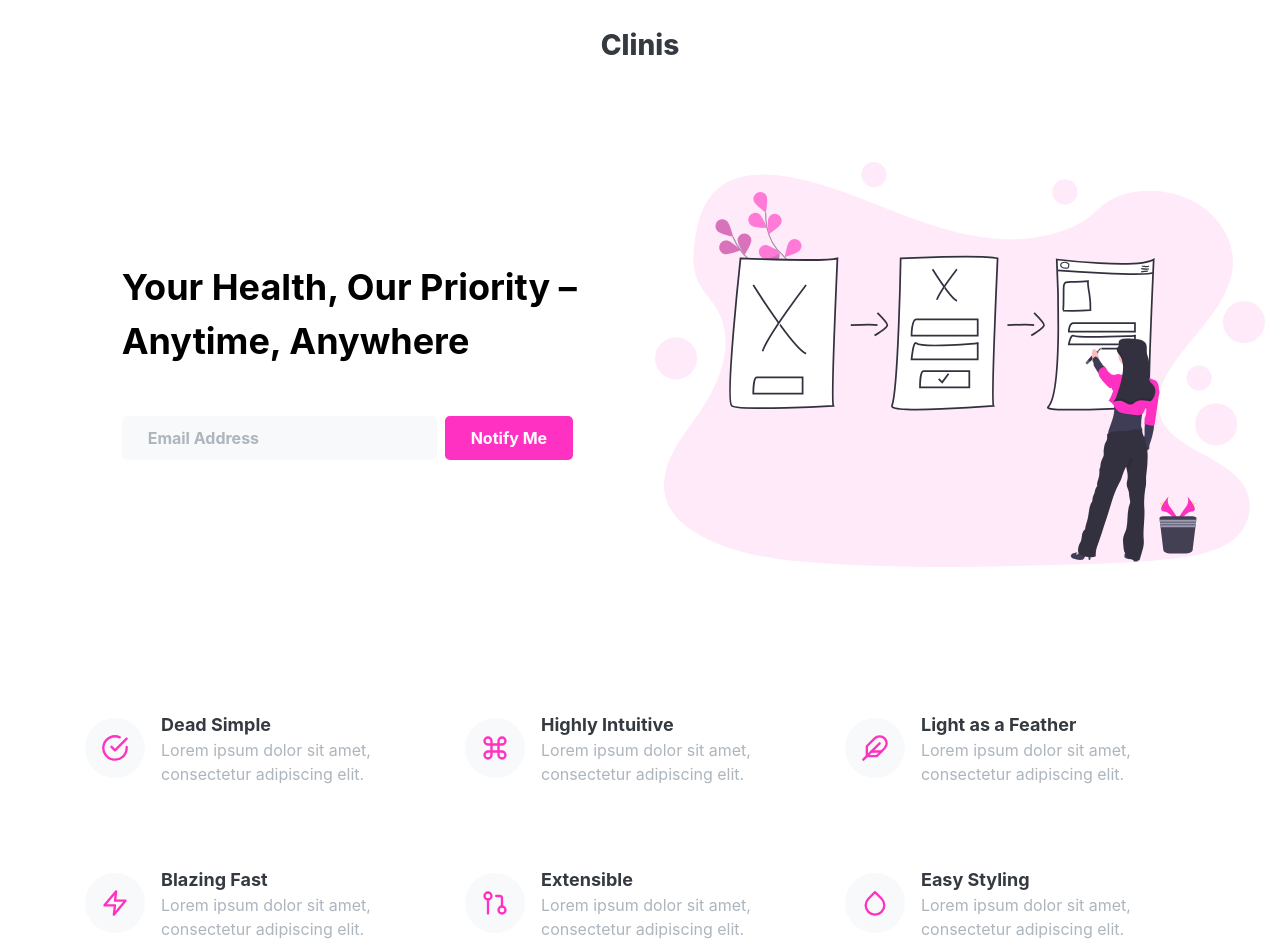
Repository: Rupak09/demo1
Page: index.html
The author's editor kept a copy of each file at every save. The page is drawn from the files as they stood at one save, then again after the next save.
The browser window is 1280 px wide. The pictures show the part of the page from y = 0 to 952 px (the page is 2819 px tall).
A picture or video elsewhere on the page could not be fetched, so the positions and the page height are approximate. Some web fonts or font styles are not loaded; a fallback is used. Some web libraries are served in a nearby version.

Above is the page before, as saved 2024-12-28 11:57:48.

### index.html
<!doctype html>
<html lang="en">
<head>
    <!-- Required meta tags -->
    <meta charset="utf-8">
    <meta name="viewport" content="width=device-width, initial-scale=1, shrink-to-fit=no">
    <title>Clinis</title>
    <meta name="description" content="Clinis - Most recommeneded Telemedicine App."/>

    <!--Google font-->
    <link href="https://fonts.googleapis.com/css?family=K2D:300,400,500,700,800" rel="stylesheet">

    <!-- Bootstrap CSS / Color Scheme -->
    <link rel="stylesheet" href="css/bootstrap.css">
</head>
<body>

<!--Header Section-->
<section class="pt-4 pb-5">
    <div class="container-fluid">
        <div class="row">
            <div class="col-12 text-center">
                <div class="heading-brand">Clinis</div>
            </div>
        </div>
        <div class="row mt-6">
            <div class="col-md-5 ml-md-auto my-md-auto order-2 order-md-1">
                <h1>Your Health, Our Priority – Anytime, Anywhere</h1>
                <p class="lead mb-5">

                </p>
                <form class="form-inline">
                    <div class="form-group mr-2 mb-2">
                        <label for="email" class="sr-only">Password</label>
                        <input type="email" class="form-control" id="email" placeholder="Email Address">
                    </div>
                    <button type="submit" class="btn btn-primary mb-2">Notify Me</button>
                </form>
            </div>
            <div class="col-md-6 my-md-auto pb-5 pb-md-0 order-1 order-md-2">
                <img alt="Mockup" class="img-fluid d-block mx-auto" src="img/mockup.svg"/>
            </div>
        </div>
    </div>
</section>

<!--Features Section-->
<section class="py-5">
    <div class="container">
        <div class="row feature-grid">
            <div class="col-md-4 col-sm-6">
                <div class="media">
                    <div class="icon-box">
                        <div class="icon-box-inner">
                            <span data-feather="check-circle" width="28" height="28"></span>
                        </div>
                    </div>
                    <div class="media-body">
                        <div class="title">Dead Simple</div>
                        <div class="sub-title">Lorem ipsum dolor sit amet, consectetur adipiscing elit.</div>
                    </div>
                </div>
            </div>
            <div class="col-md-4 col-sm-6">
                <div class="media">
                    <div class="icon-box">
                        <div class="icon-box-inner">
                            <span data-feather="command" width="28" height="28"></span>
                        </div>
                    </div>
                    <div class="media-body">
                        <div class="title">Highly Intuitive</div>
                        <div class="sub-title">Lorem ipsum dolor sit amet, consectetur adipiscing elit.</div>
                    </div>
                </div>
            </div>
            <div class="col-md-4 col-sm-6">
                <div class="media">
                    <div class="icon-box">
                        <div class="icon-box-inner">
                            <span data-feather="feather" width="28" height="28"></span>
                        </div>
                    </div>
                    <div class="media-body">
                        <div class="title">Light as a Feather</div>
                        <div class="sub-title">Lorem ipsum dolor sit amet, consectetur adipiscing elit.</div>
                    </div>
                </div>
            </div>
            <div class="col-md-4 col-sm-6">
                <div class="media">
                    <div class="icon-box">
                        <div class="icon-box-inner">
                            <span data-feather="zap" width="28" height="28"></span>
                        </div>
                    </div>
                    <div class="media-body">
                        <div class="title">Blazing Fast</div>
                        <div class="sub-title">Lorem ipsum dolor sit amet, consectetur adipiscing elit.</div>
                    </div>
                </div>
            </div>
            <div class="col-md-4 col-sm-6">
                <div class="media">
                    <div class="icon-box">
                        <div class="icon-box-inner">
                            <span data-feather="git-pull-request" width="28" height="28"></span>
                        </div>
                    </div>
                    <div class="media-body">
                        <div class="title">Extensible</div>
                        <div class="sub-title">Lorem ipsum dolor sit amet, consectetur adipiscing elit.</div>
                    </div>
                </div>
            </div>
            <div class="col-md-4 col-sm-6">
                <div class="media">
                    <div class="icon-box">
                        <div class="icon-box-inner">
                            <span data-feather="droplet" width="28" height="28"></span>
                        </div>
                    </div>
                    <div class="media-body">
                        <div class="title">Easy Styling</div>
                        <div class="sub-title">Lorem ipsum dolor sit amet, consectetur adipiscing elit.</div>
                    </div>
                </div>
            </div>
        </div>
    </div>
</section>

<!--Used By Section-->
<section class="pt-5 pb-7">
    <div class="container">
        <div class="row">
            <div class="col-md-8 mx-auto text-center">
                <h2>Trusted by Thousands of Startups</h2>
                <p class="lead text-muted">Beela is used on several websites, small and large.</p>
                <div class="mt-5 d-flex flex-row justify-content-md-between flex-wrap press-icons">
                    <img src="https://logo.clearbit.com/google.com?size=60" alt="Google"/>
                    <img src="https://logo.clearbit.com/twitter.com?size=60" alt="Twitter"/>
                    <img src="https://logo.clearbit.com/vuejs.org?size=60" alt="Veu.js"/>
                    <img src="https://logo.clearbit.com/stripe.com?size=60" alt="Stripe"/>
                </div>
            </div>
        </div>
    </div>
</section>

<!--footer-->
<footer class="py-5">
    <div class="container">
        <div class="row">
            <div class="col-12 text-center">
                <ul class="list-inline">
                    <li class="list-inline-item"><a href="#">Team</a></li>
                    <li class="list-inline-item"><a href="#">About</a></li>
                    <li class="list-inline-item"><a href="#">Privacy</a></li>
                </ul>
            </div>
        </div>
        <div class="row my-2">
            <div class="col-md-4 mx-auto text-muted text-center small-xl">
               Distributed By <a href="https://htmltemplates.co/">HTML Templates</a>
            </div>
        </div>
    </div>
</footer>

<!-- jQuery first, then Popper.js, then Bootstrap JS -->
<script src="https://code.jquery.com/jquery-3.2.1.min.js"></script>
<script src="https://cdnjs.cloudflare.com/ajax/libs/feather-icons/4.7.3/feather.min.js"></script>
<script src="js/scripts.js"></script>
</body>
</html>

Loaded but not shown: css/bootstrap.css (library); js/scripts.js (common file)

After the next save:
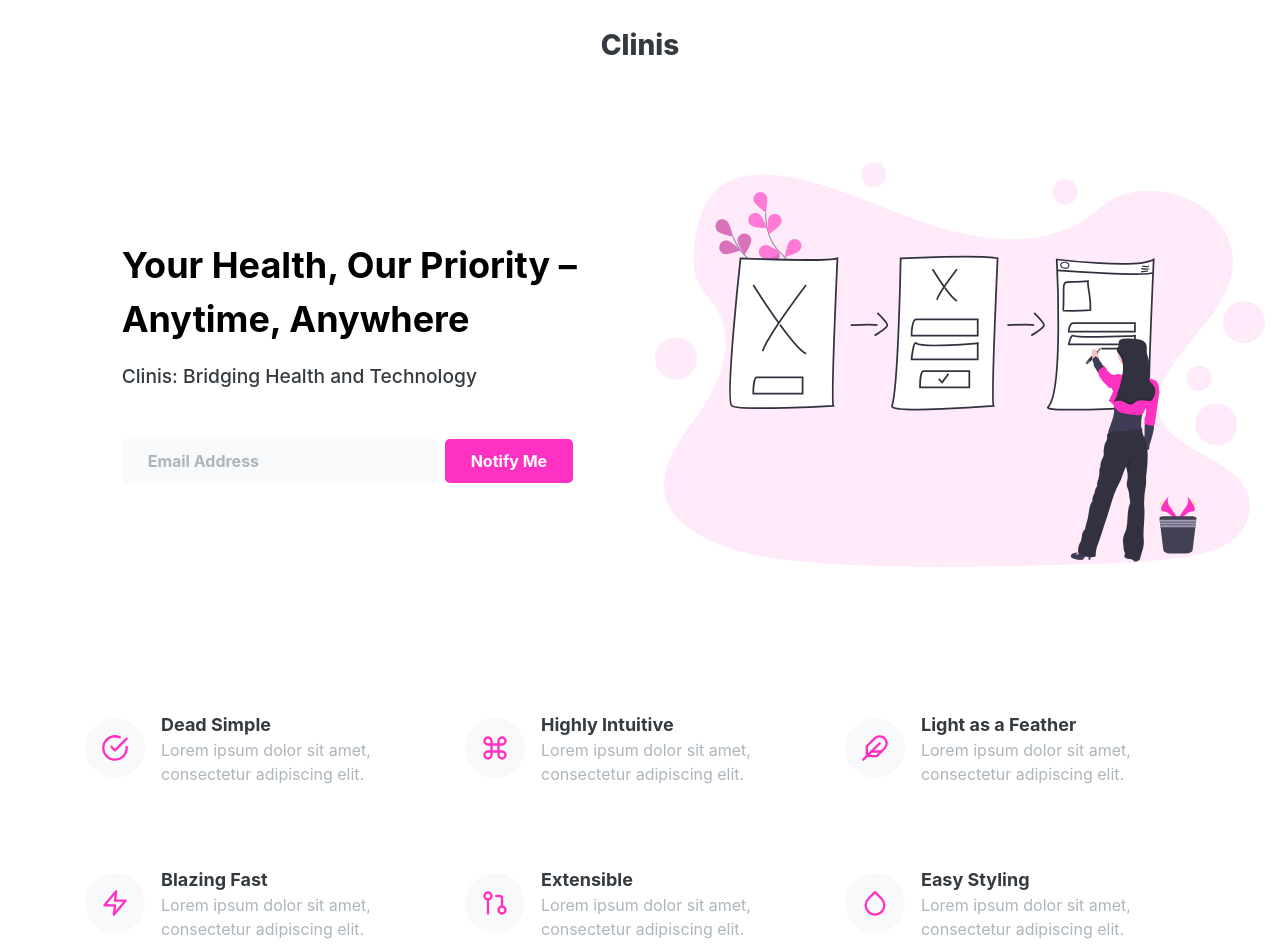
Saved 83 s later.
--- a/index.html
+++ b/index.html
@@ -27,7 +27,7 @@
             <div class="col-md-5 ml-md-auto my-md-auto order-2 order-md-1">
                 <h1>Your Health, Our Priority – Anytime, Anywhere</h1>
                 <p class="lead mb-5">
-
+                    Clinis: Bridging Health and Technology
                 </p>
                 <form class="form-inline">
                     <div class="form-group mr-2 mb-2">
